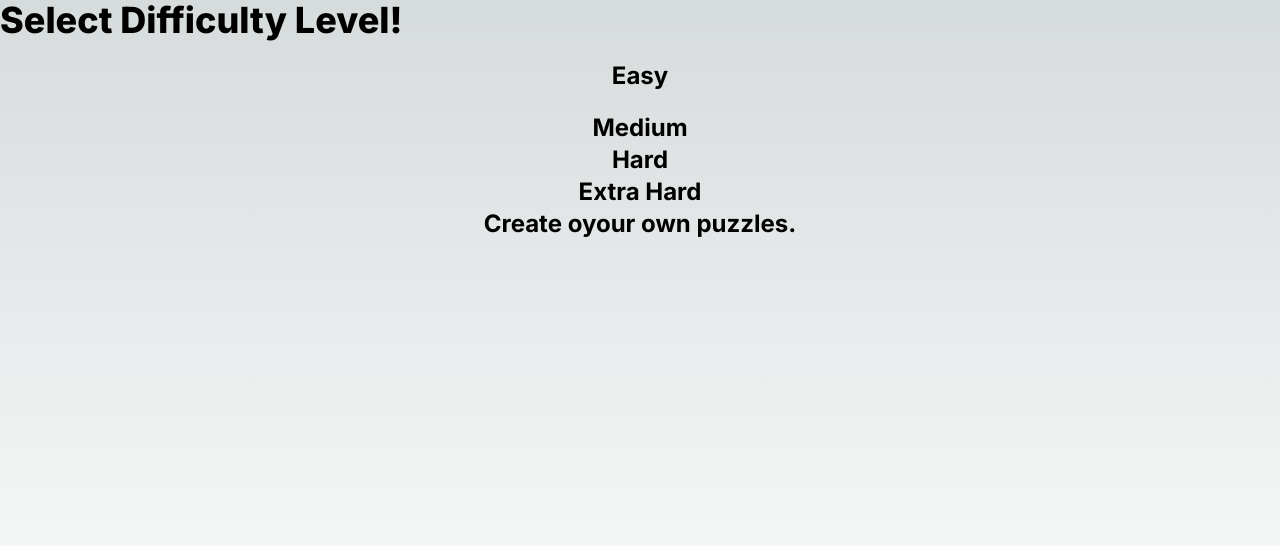
Repository: badhon252/sudoku
Page: /level
The author's editor kept a copy of each file at every save. The page is drawn from the files as they stood at one save, then again after the next save.
The browser window is 1280 px wide. The pictures show the whole page.
The project was rebuilt for these pictures with package versions that can differ from the ones it lists, and the page was loaded fresh each time. The framework's server and built-in components were replaced by stand-ins that run in the browser. Also part of the build but not shown: next.config.js.

Above is the page before, as saved 2023-06-04 21:51:25.

### app/level/page.tsx
import React from 'react'

export default function Level() {
  return (
    <div className='min-h-screen flex flex-col'>
        <h1 className='text-4xl font-extrabold'>Select Difficulty Level! </h1>
        <button className='text-2xl font-bold my-5'>Easy</button>
        <button className='text-2xl font-bold'>Medium</button>
        <button className='text-2xl font-bold'>Hard</button>
        <button className='text-2xl font-bold'>Extra Hard</button>

        <button className='text-2xl font-bold'>Create oyour own puzzles.</button>
    </div>
  )
}

Loaded but not shown: app/layout.tsx (common file); app/globals.css (common file); tailwind.config.js (common file)

After the next save:
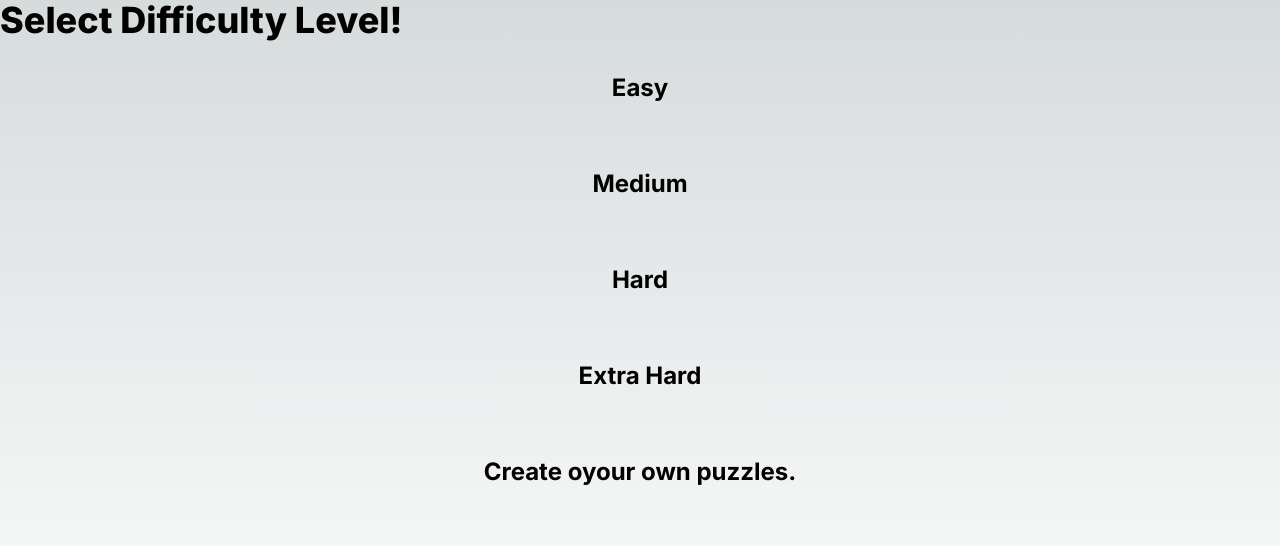
Saved 42 s later.
--- a/app/level/page.tsx
+++ b/app/level/page.tsx
@@ -4,12 +4,12 @@ export default function Level() {
   return (
     <div className='min-h-screen flex flex-col'>
         <h1 className='text-4xl font-extrabold'>Select Difficulty Level! </h1>
-        <button className='text-2xl font-bold my-5'>Easy</button>
-        <button className='text-2xl font-bold'>Medium</button>
-        <button className='text-2xl font-bold'>Hard</button>
-        <button className='text-2xl font-bold'>Extra Hard</button>
+        <button className='my-5 py-3 px-2 text-2xl font-bold'>Easy</button>
+        <button className='my-5 py-3 px-2 text-2xl font-bold'>Medium</button>
+        <button className='my-5 py-3 px-2 text-2xl font-bold'>Hard</button>
+        <button className='my-5 py-3 px-2 text-2xl font-bold'>Extra Hard</button>
 
-        <button className='text-2xl font-bold'>Create oyour own puzzles.</button>
+        <button className='my-5 py-3 px-2 text-2xl font-bold'>Create oyour own puzzles.</button>
     </div>
   )
 }
